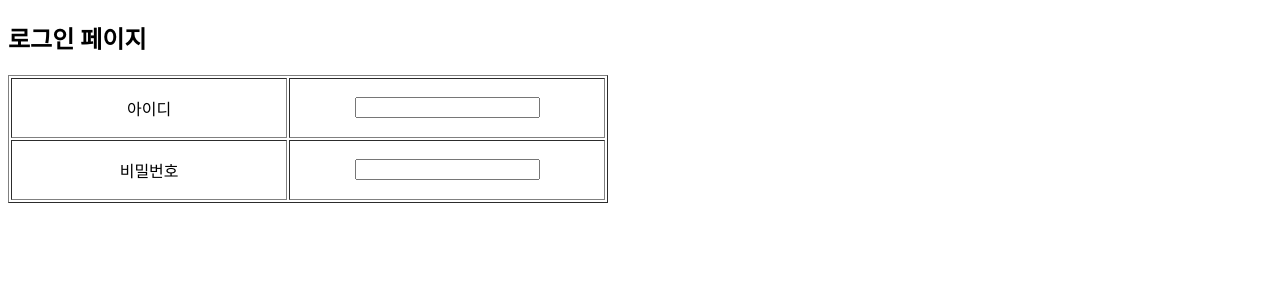
Repository: kkj68106810-dot/jsp2026
Page: http://localhost/chapter01/Request/RequestLogin.jsp
An editor plug-in stored every save of this project. The page is shown before and after the next save, followed by the edit.
The browser window is 1280 px wide. The pictures show the whole page.
The page is served by Tomcat 9.

Above is the page before, as saved 2026-10-19 05:49:09.

After the next save:
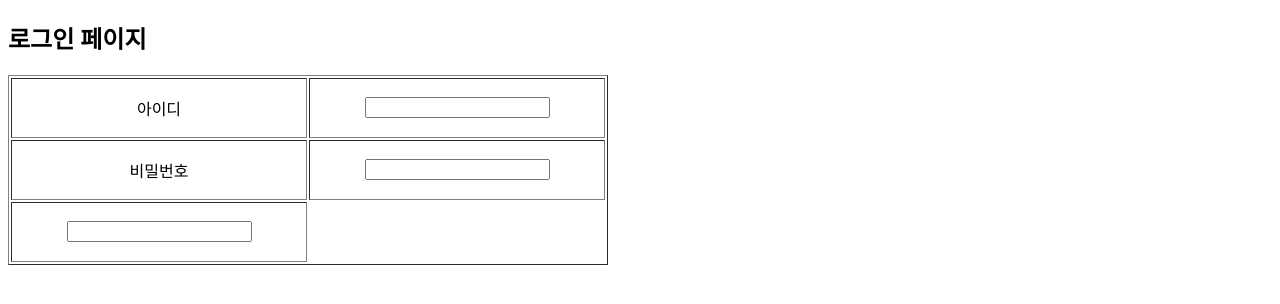
Saved 12 s later.
--- a/chapter01/src/main/webapp/Request/RequestLogin.jsp
+++ b/chapter01/src/main/webapp/Request/RequestLogin.jsp
@@ -24,6 +24,12 @@
 						<input type="password" name="pass">
 					</td>
 				</tr>
+				<tr height="60">
+
+					<td align="center" width="350">
+						<input type="password" name="pass">
+					</td>
+				</tr>
 			</table>
 		</form>
 	</div>
